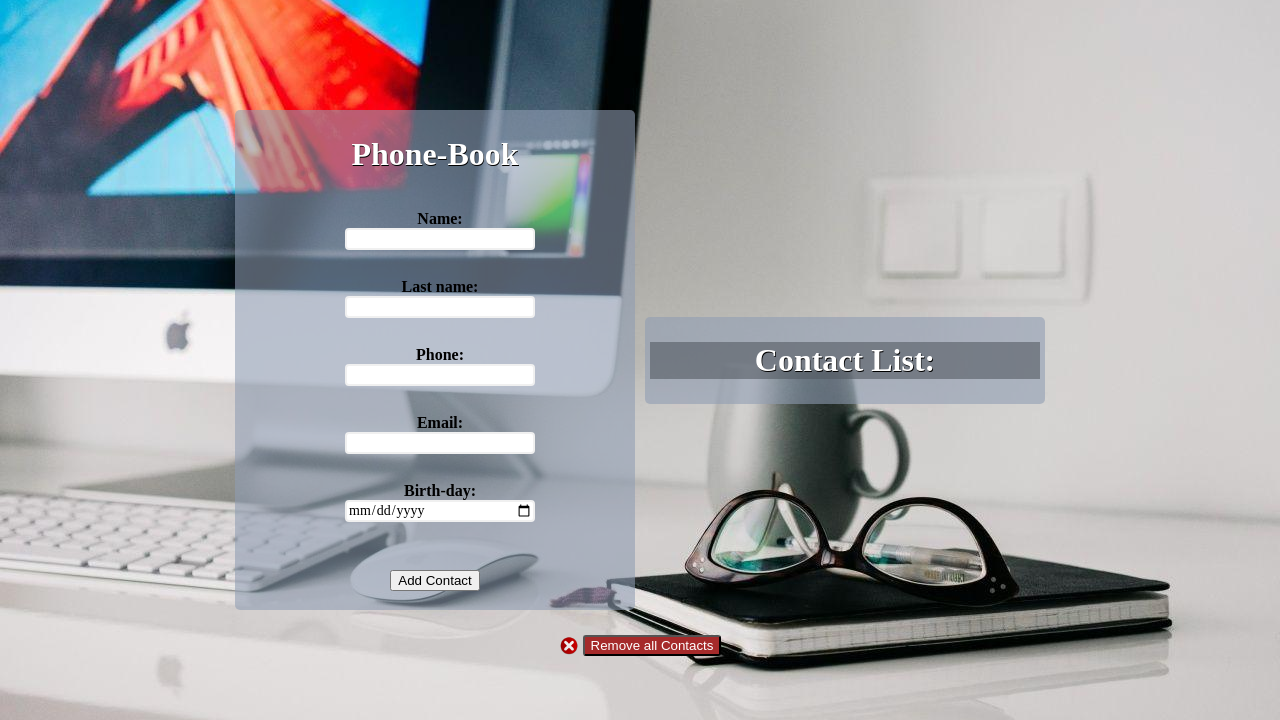
Repository: STA1357/Phone-book
Page: Inner.html
An editor plug-in stored every save of this project. The page is shown before and after the next save, followed by the edit.
The browser window is 1280 px wide. The pictures show the whole page.

Above is the page before, as saved 2020-12-12 18:30:54.

After the next save:
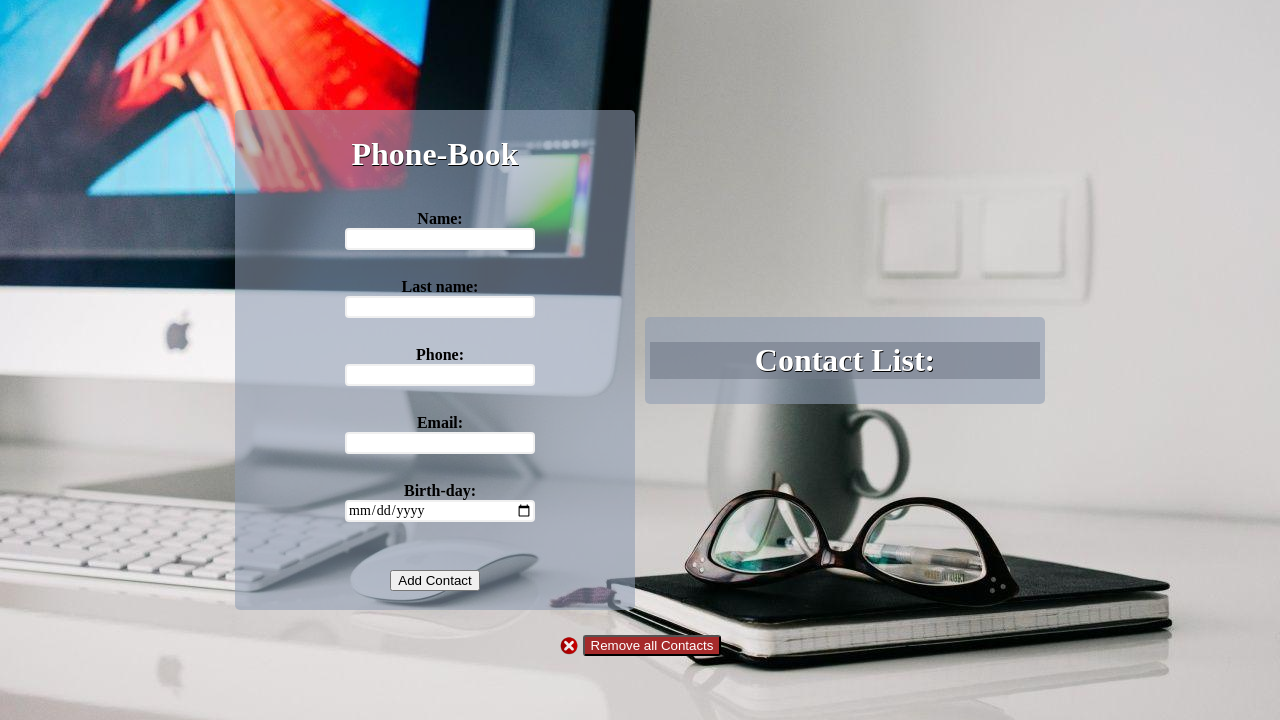
Saved 22 s later.
--- a/styles.css
+++ b/styles.css
@@ -58,7 +58,7 @@ main{
     margin-bottom: 20px;
     position: sticky;
     top: 20px;
-    background-color: rgba(84, 89, 98, 0.589);
+    background-color: rgba(116, 123, 138, 0.589);
 }
 
 .titleLi{
